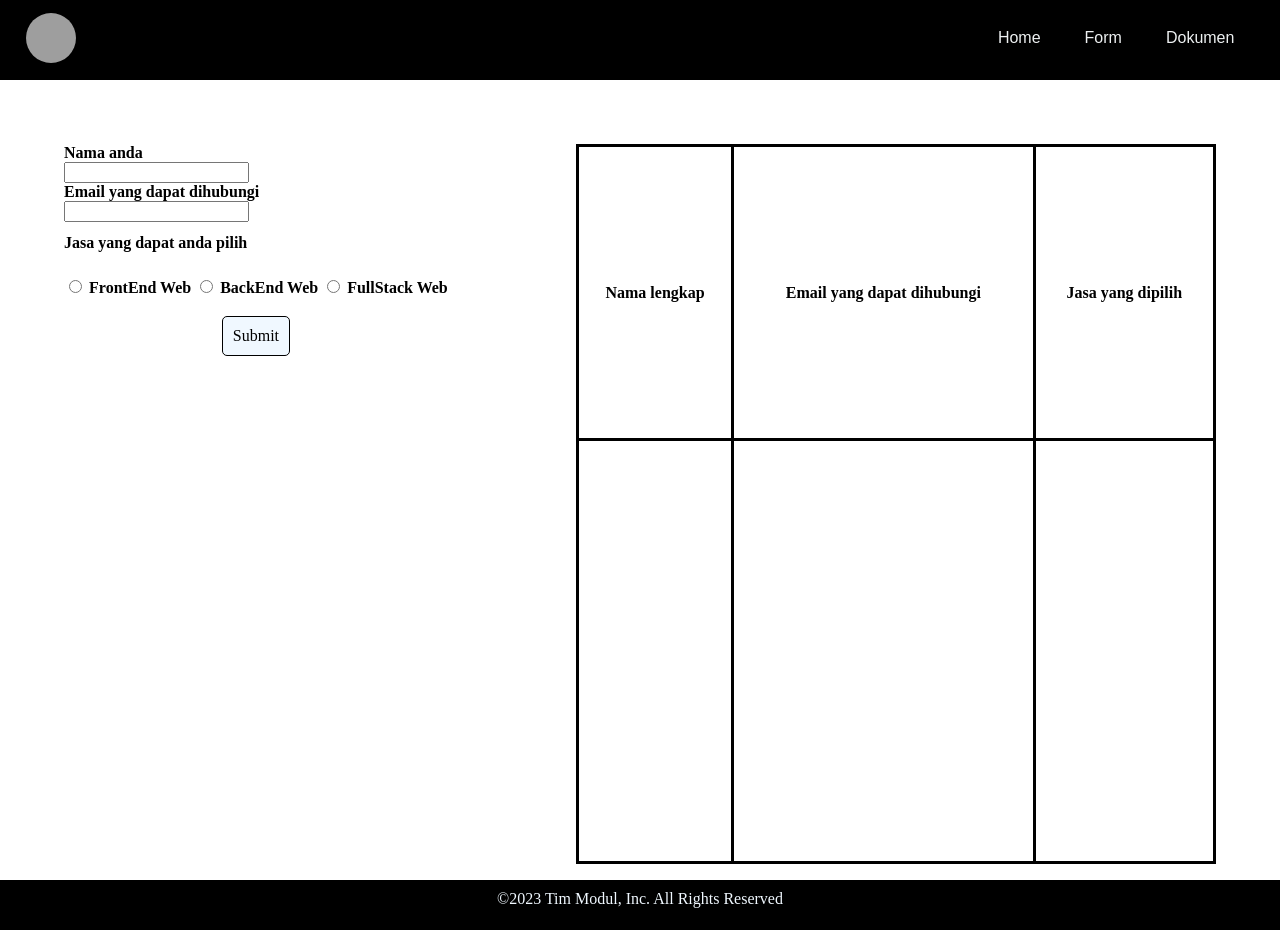
Repository: zecht12/TimModul
Page: TimModul.html
An editor plug-in stored every save of this project. The page is shown before and after the next save, followed by the edit.
The browser window is 1280 px wide. The pictures show the whole page.
Pictures or frames that could not be fetched are drawn as grey boxes.

Above is the page before, as saved 2023-03-14 13:53:18.

After the next save:
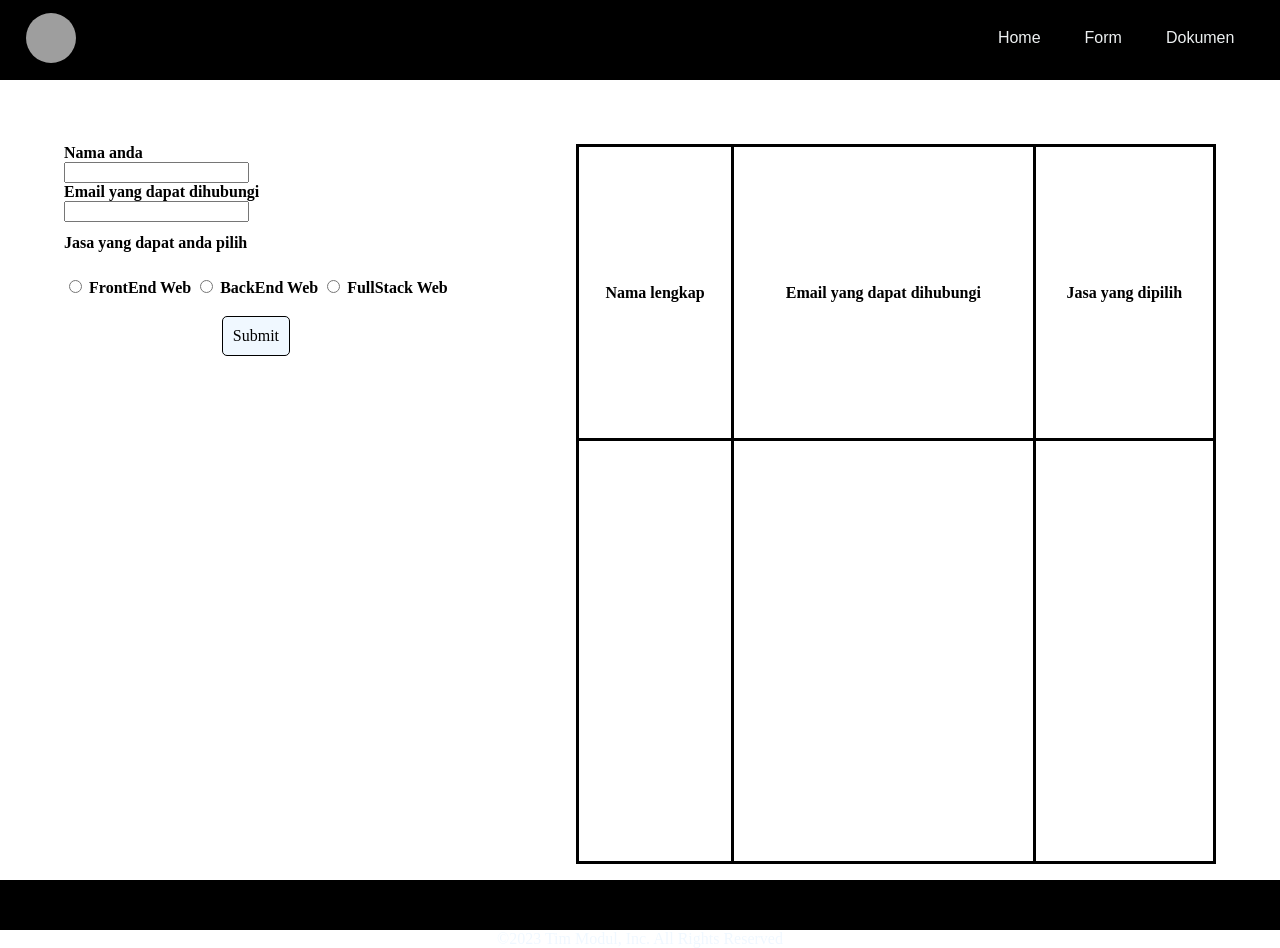
Saved 5 s later.
--- a/TimModul.html
+++ b/TimModul.html
@@ -56,7 +56,7 @@
         </table>
     </div>
     <div style="height: 50px; width: 100%; background-color: black; justify-content: center; align-items: center;">
-        <p style="color: aliceblue; text-align: center; padding-top: 10px;">&copy;2023 Tim Modul, Inc. All Rights Reserved</p>
+        <p style="color: aliceblue; text-align: center; padding-top: 50px;">&copy;2023 Tim Modul, Inc. All Rights Reserved</p>
     </div>
 </body>
 </html>
